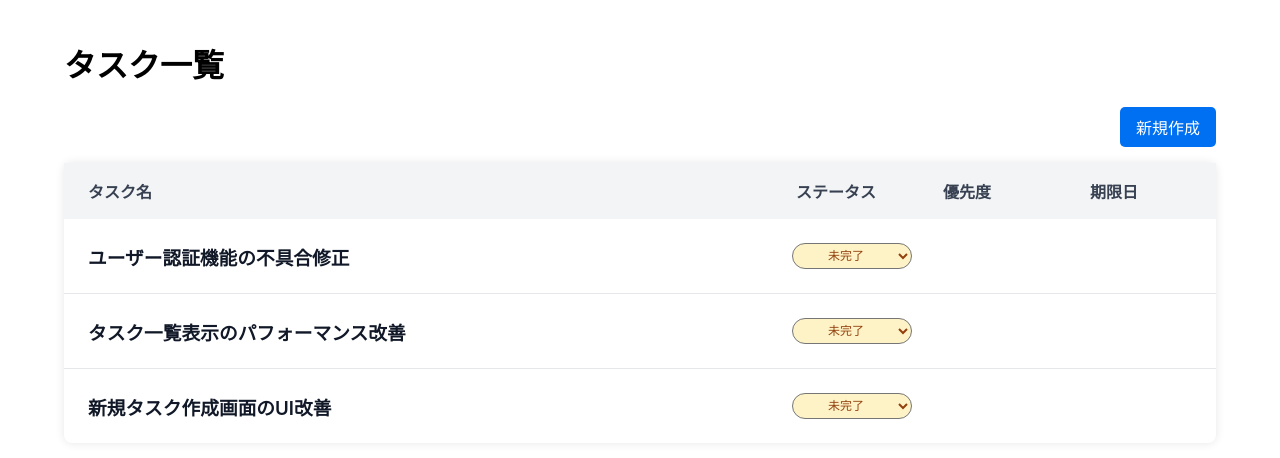
Repository: s1ros75/react-task-app
Page: /tasks
An editor plug-in stored every save of this project. The page is shown before and after a run of saves, followed by the edit.
The browser window is 1280 px wide. The pictures show the whole page.
The project was rebuilt for these pictures with package versions that can differ from the ones it lists, and the page was loaded fresh each time. Also part of the build but not shown: vite.config.ts, src/styles/home.module.css, src/pages/home/index.tsx, src/features/tasks/hooks/getTaskById.ts, src/features/tasks/styles/taskDetail.module.css, src/features/tasks/components/TaskDetail.tsx, src/features/tasks/hooks/deleteTask.ts, src/features/tasks/components/TaskDeleteButton.tsx and 9 more.

Above is the page before, as saved 2026-01-17 23:28:18.

### src/main.tsx
import { StrictMode } from "react";
import { createRoot } from "react-dom/client";
import "./index.css";
import App from "./App.tsx";
import { BrowserRouter } from "react-router-dom";

const rootElement = document.getElementById("root");

createRoot(rootElement!).render(
  <StrictMode>
    <BrowserRouter>
      <App />
    </BrowserRouter>
  </StrictMode>
);

### src/index.css
:root {
  font-family: Inter, system-ui, Avenir, Helvetica, Arial, sans-serif;
}

body {
  margin: 0;
  padding: 0;
  font-family: var(--font-family);
}

### src/App.tsx
import { Route, Routes } from "react-router-dom";
import HomePage from "./pages/home";
import TaskListPage from "./pages/tasks/taskListPage";
import TaskDetailPage from "./pages/tasks/taskDetailPage";
import TaskCreatePage from "./pages/tasks/taskCreatePage";
import TaskEditPage from "./pages/tasks/taskEditPage";

function App() {
  return (
    <Routes>
      <Route path="/" element={<HomePage />} />
      <Route path="/tasks" element={<TaskListPage />} />
      <Route path="/tasks/:id" element={<TaskDetailPage />} /> {/* タスクの詳細ページのルーティングを追加 */}
      <Route path="/tasks/new" element={<TaskCreatePage />} /> {/* タスク作成ページへのルーティングを追加 */}
      <Route path="/tasks/:id/edit" element={<TaskEditPage />} />  {/* タスク編集ページのルーティング */}
    </Routes>
  );
}

export default App;

### src/pages/tasks/taskListPage.tsx
import TaskListContainer from "../../features/tasks/containers/TaskListContainer";

export default function TaskListPage() {
  return (
    <div>
      <TaskListContainer /> {/* タスク一覧コンポーネントを読み込む */}
    </div>
  );
}

### src/features/tasks/containers/TaskListContainer.tsx
import { useEffect, useState } from "react";
import { getTasks } from "../hooks/getTasks";
import type { Task } from "../../../types/task";
import TaskCard from "../components/TaskCard";
import styles from "../styles/TaskListContainer.module.css";
import { Link } from "react-router-dom";
import { updateTask } from "../hooks/updateTask";

export default function TaskListContainer() {
  const [tasks, setTasks] = useState<Task[]>([]);

  useEffect(() => {
    const fetchTasks = async () => {
      const fetchedTasks = await getTasks();
      setTasks(fetchedTasks);
    };
    fetchTasks();
  }, []);

  // セレクトボックスで変更されたステータスを更新する処理
  const handleToggleStatus = async (taskId: Task["id"], newStatus: boolean) => {
    await updateTask(String(taskId), { status: newStatus });
    fetchTasks();
  };

  return (
    <div className={styles.container}>
      <h1>タスク一覧</h1>
      <div className={styles.taskListHeader}>
        <Link to="/tasks/new" className={styles.newTaskLink}>
          新規作成
        </Link>
      </div>

      <div className={styles.tableContainer}>
        <div className={styles.header}>
          <div>タスク名</div>
          <div>ステータス</div>
          <div>優先度</div>
          <div>期限日</div>
        </div>
        <div className={styles.taskList}>
          {tasks.map((task) => (
            <TaskCard key={task.id} task={task} />
          ))}
        </div>
      </div>
    </div>
  );
}

### src/features/tasks/hooks/getTasks.ts
import type { Task } from "../../../types/task";
import { mockTasks } from "../mocks/task";

export const getTasks = (): Promise<Task[]> => {
  return new Promise((resolve) => {
    setTimeout(() => resolve([...mockTasks]));
  });
};

### src/features/tasks/components/TaskCard.tsx
import { Link } from "react-router-dom";
import styles from "../styles/taskCard.module.css";
import { getPriorityClass } from "../utils/priority"; // getPriorityClass関数をimport
import { getStatusLabel } from "../utils/status-label"; // getStatusLabel関数をimport
import type { Task } from "../../../types/task";


type Props = {
  task: Task;
  onToggleStatus: (taskId: Task['id'], newStatus: boolean) => void;
};

export default function TaskCard({ task, onToggleStatus }: Props) {  // onToggleStatusをpropsで受け取る

  // ステータス変更時のハンドラー
  const handleStatusChange = (e: React.ChangeEvent<HTMLSelectElement>) => {
    const newStatus = e.target.value === "true";
    if (onToggleStatus) {
      onToggleStatus(task.id, newStatus);
    }
  };

  return (
    <div className={styles.taskCard}>
      <Link to={`/tasks/${task.id}`} className={styles.detailLink}>
        <h3 className={styles.taskTitle}>{task.title}</h3>
      </Link>
      {/* ステータスをセレクトボックスに変更 */}
      <select
        value={task.status ? "true" : "false"}
        onChange={handleStatusChange}
        className={`${styles.badge} ${task.status ? styles.completed : styles.incomplete}`}
      >
        <option value="false">{getStatusLabel(false)}</option>  {/* 未完了の場合のラベル */}
        <option value="true">{getStatusLabel(true)}</option>    {/* 完了の場合のラベル */}
      </select>
    </div>
  );
}

### src/features/tasks/styles/TaskListContainer.module.css
.container {
  width: 90%;
  max-width: 1400px;
  margin: 40px auto;
}

.tableContainer {
  margin: 0 auto;
  background-color: white;
  border-radius: 0.5rem;
  box-shadow: 0 0 10px rgba(0, 0, 0, 0.1);
}

.header {
  display: grid;
  grid-template-columns: 1fr 115px 115px 110px;
  column-gap: 2rem;
  align-items: center;
  padding: 1rem 1rem 1rem 1.5rem;
  background-color: #f3f4f6;
  font-weight: 600;
  color: #374151;
}

.taskList {
  display: flex;
  flex-direction: column;
}

.taskList > *:not(:last-child) {
  border-bottom: 1px solid #e5e7eb;
}

.taskListHeader {
  text-align: right;
  margin-bottom: 1rem;
}

.newTaskLink {
  display: inline-block;
  background-color: #0070f3;
  color: white;
  padding: 0.5rem 1rem;
  border-radius: 5px;
  text-decoration: none;
  font-size: 1rem;
  transition: background-color 0.3s ease;
}

.newTaskLink:hover {
  background-color: #0051bb;
}

### src/features/tasks/hooks/updateTask.ts
import type { Task, TaskFormData } from "../../../types/task";
import { mockTasks } from "../mocks/task";

export const updateTask = (id: string, taskData: TaskFormData): Promise<Task | null> => {
  return new Promise((resolve) => {
    setTimeout(() => {
      const index = mockTasks.findIndex((task) => task.id === Number.parseInt(id));
      if (index !== -1) {
        mockTasks[index] = {
          ...mockTasks[index],
          ...taskData,
          updatedAt: new Date().toISOString(),
        };
        resolve(mockTasks[index]);
      } else {
        resolve(null);
      }
    }, 500);
  });
};

### src/features/tasks/mocks/task.ts
import type { Task } from "../../../types/task";

export const mockTasks: Task[] = [
  {
    id: 1,
    title: "ユーザー認証機能の不具合修正",
    description: "ユーザーがログイン時に、不正なトークンエラーが発生する問題を修正します。",
    status: false,
    priority: "high",
    dueDate: "2025-03-31",
    createdAt: "2025-02-17T10:00:00Z",
    updatedAt: "2025-02-17T10:00:00Z",
  },
  {
    id: 2,
    title: "タスク一覧表示のパフォーマンス改善",
    description:
      "タスク一覧ページで、タスクが大量にある場合の表示遅延を改善します。不要な再レンダリングを防ぐため、コンポーネントの最適化を実施してください。",
    status: false,
    priority: "medium",
    dueDate: "2025-04-15",
    createdAt: "2025-02-17T10:00:00Z",
    updatedAt: "2025-02-17T10:00:00Z",
  },
  {
    id: 3,
    title: "新規タスク作成画面のUI改善",
    description:
      "新規タスク作成画面の入力フォームのユーザビリティ向上を図ります。エラーメッセージの明示化や、入力フィールドのデザインを改善してください。",
    status: false,
    priority: "low",
    dueDate: "2025-05-01",
    createdAt: "2025-02-17T10:00:00Z",
    updatedAt: "2025-02-17T10:00:00Z",
  },
];

### src/features/tasks/styles/taskCard.module.css
.taskCard {
  display: grid;
  grid-template-columns: 1fr 120px 120px 120px;
  column-gap: 2rem;
  align-items: center;
  transition: background-color 0.2s ease;
}

.taskCard:hover {
  background-color: #f9fafb;
}

.detailLink {
  height: 100%;
  display: flex;
  align-items: center;
  text-decoration: none;
  padding-left: 1.5rem;
  transition: color 0.2s ease;
}

.detailLink:hover .taskTitle {
  color:rgb(56, 92, 202);
}

.taskTitle {
  font-weight: 600;
  color: #111827;
  margin: 0;
}

.badge {
  display: inline-block;
  padding: 0.25rem 0.5rem;
  margin: 1.5rem 0;
  border-radius: 9999px;
  font-size: 0.75rem;
  font-weight: 500;
  text-align: center;
  cursor: pointer;
}

.completed {
  background-color: #d1fae5;
  color: #065f46;
}

.incomplete {
  background-color: #fef3c7;
  color: #92400e;
}

.highPriority {
  background-color: #fee2e2;
  color: #991b1b;
}

.mediumPriority {
  background-color: #fef3c7;
  color: #92400e;
}

.lowPriority {
  background-color: #d1fae5;
  color: #065f46;
}

.defaultPriority {
  background-color: #e5e7eb;
  color: #374151;
}

.dueDate {
  color: #6b7280;
}

### src/features/tasks/utils/status-label.ts
// ステータス（true/false）に応じて表示ラベルを返す
export const getStatusLabel = (status: boolean): string => {
  return status ? "完了" : "未完了";
};

Loaded but not shown: index.html (common file)

After the next 2 saves:
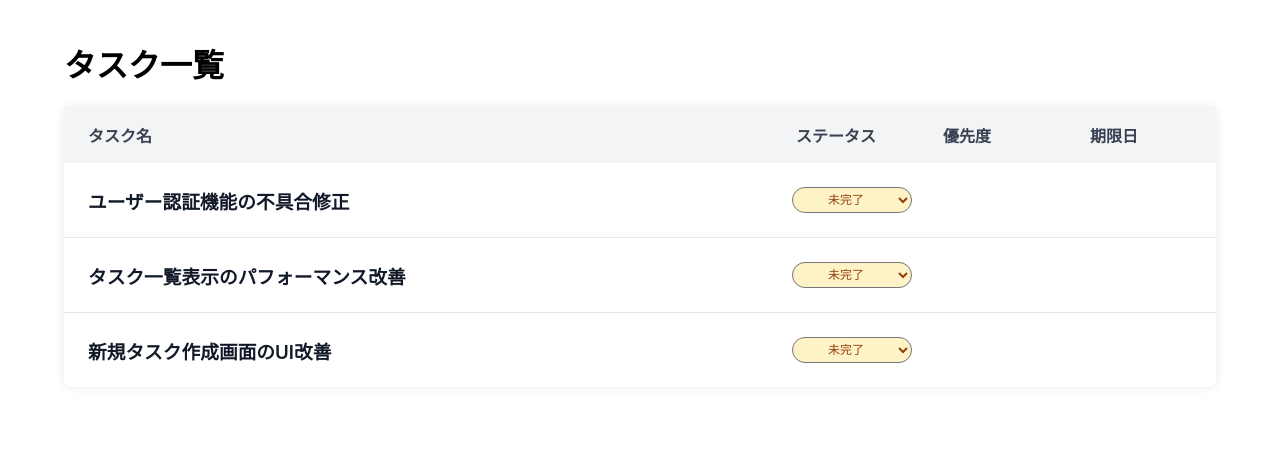
The 2 saves are shown as one change because they came seconds apart.
The last was saved 84 s later.
--- a/src/features/tasks/containers/TaskListContainer.tsx
+++ b/src/features/tasks/containers/TaskListContainer.tsx
@@ -4,21 +4,24 @@ import type { Task } from "../../../types/task";
 import TaskCard from "../components/TaskCard";
 import styles from "../styles/TaskListContainer.module.css";
 import { Link } from "react-router-dom";
-import { updateTask } from "../hooks/updateTask";
+ // ...省略...
+import { updateTask } from "../hooks/updateTask"; // updateTask関数をインポート
 
 export default function TaskListContainer() {
   const [tasks, setTasks] = useState<Task[]>([]);
 
+  // タスク一覧を取得する関数
+  const fetchTasks = async () => {
+    const fetchedTasks = await getTasks();
+    setTasks(fetchedTasks);
+  };
+
   useEffect(() => {
-    const fetchTasks = async () => {
-      const fetchedTasks = await getTasks();
-      setTasks(fetchedTasks);
-    };
     fetchTasks();
   }, []);
 
   // セレクトボックスで変更されたステータスを更新する処理
-  const handleToggleStatus = async (taskId: Task["id"], newStatus: boolean) => {
+  const handleToggleStatus = async (taskId: Task['id'], newStatus: boolean) => {
     await updateTask(String(taskId), { status: newStatus });
     fetchTasks();
   };
@@ -26,12 +29,6 @@ export default function TaskListContainer() {
   return (
     <div className={styles.container}>
       <h1>タスク一覧</h1>
-      <div className={styles.taskListHeader}>
-        <Link to="/tasks/new" className={styles.newTaskLink}>
-          新規作成
-        </Link>
-      </div>
-
       <div className={styles.tableContainer}>
         <div className={styles.header}>
           <div>タスク名</div>
@@ -41,7 +38,11 @@ export default function TaskListContainer() {
         </div>
         <div className={styles.taskList}>
           {tasks.map((task) => (
-            <TaskCard key={task.id} task={task} />
+            <TaskCard
+              key={task.id}
+              task={task}
+              onToggleStatus={handleToggleStatus}
+            />
           ))}
         </div>
       </div>
